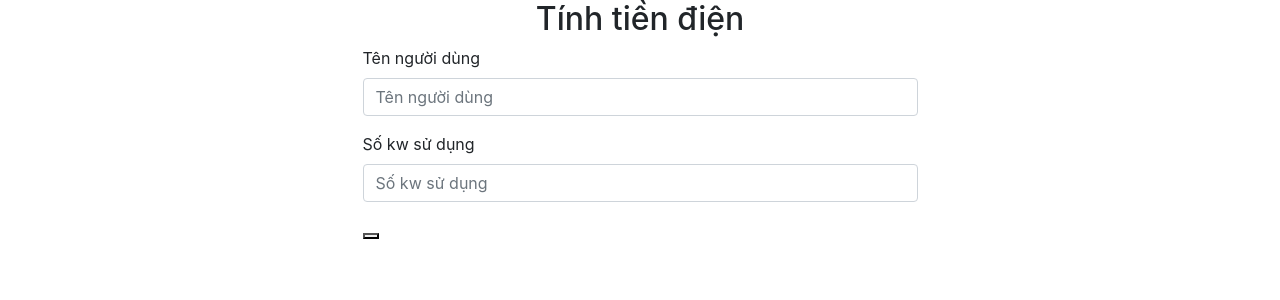
Repository: dovanthao2404/BC14_BaiTap_JS_Buoi_5_dovanthao
Page: html/bai2.html
The author's editor kept a copy of each file at every save. The page is drawn from the files as they stood at one save, then again after the next save.
The browser window is 1280 px wide. The pictures show the whole page.

Above is the page before, as saved 2021-07-04 15:25:40.

After the next save:
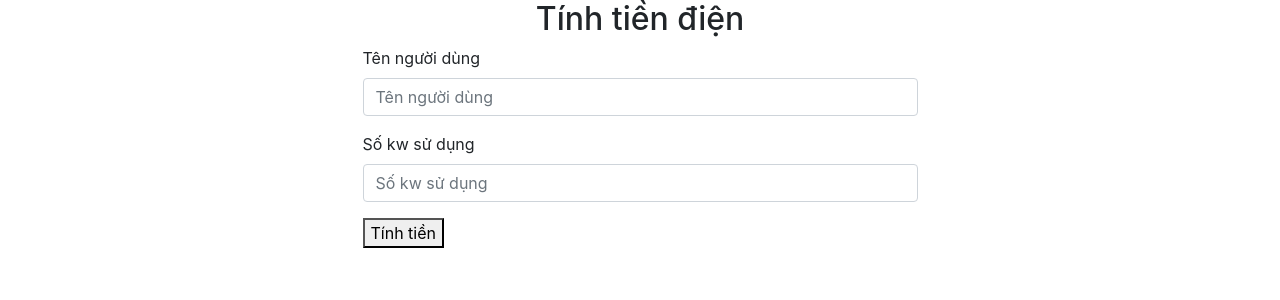
Saved 21 s later.
--- a/html/bai2.html
+++ b/html/bai2.html
@@ -27,7 +27,7 @@
           <input type="text" class="form-control" placeholder="Số kw sử dụng" id="use">
           <span></span>
         </div>
-        <button type="button" ></button>
+        <button type="button" >Tính tiền</button>
       </form>
     </div>
   </div>
